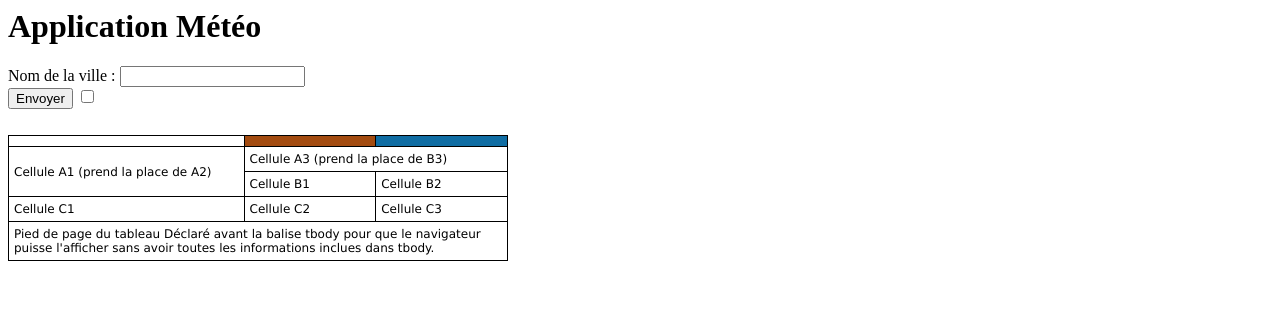
Repository: IFATech-Metz/dev-log-4
Page: projet.html
These files come from the project's save history. The page is drawn as it stood at one moment and after the next save; the edit follows.
The browser window is 1280 px wide. The pictures show the whole page.
The page's requests for data from a server got no answer.

Above is the page before, as saved 2019-01-21 21:01:27.

After the next save:
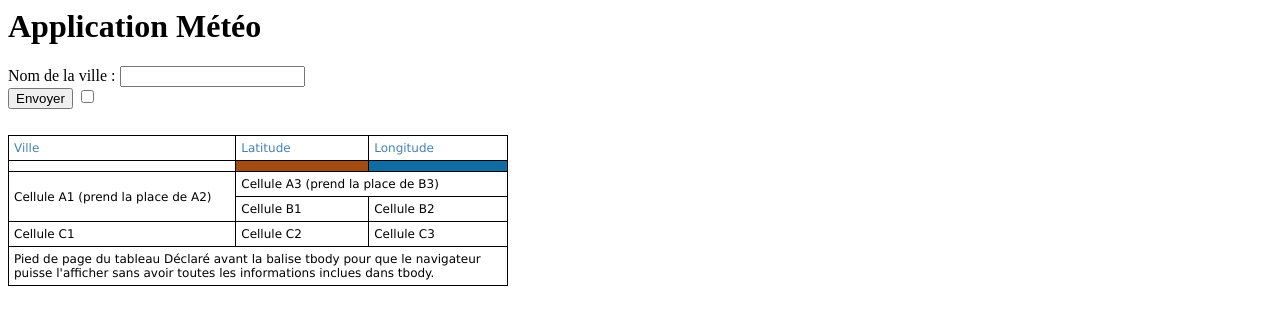
Saved 5 min 36 s later.
--- a/projet.html
+++ b/projet.html
@@ -24,11 +24,9 @@
             <caption style="margin:5px; font-size:14px;"; id="ville"></caption>
             <thead>
                <tr style="color:steelblue;">
-                <php>
-                  <td id='ville'> </td>
-                  <td id='latitude'> </td>
-                  <td id='longitude'> </td>
-                </php>
+                  <td> Ville </td>
+                  <td> Latitude </td>
+                  <td> Longitude </td>
                </tr>
             </thead>
             <tfoot>
@@ -41,7 +39,12 @@
                </tr>
             </tfoot>
             <tbody>
-               <tr>
+                <tr>
+                    <td id='ville'> </td>
+                    <td id='latitude'> </td>
+                    <td id='longitude'> </td>
+                </tr>
+                <tr>
                   <td rowspan="2">Cellule A1 (prend la place de A2)</td>
                   <td colspan="2">Cellule A3 (prend la place de B3)</td>
                </tr>
